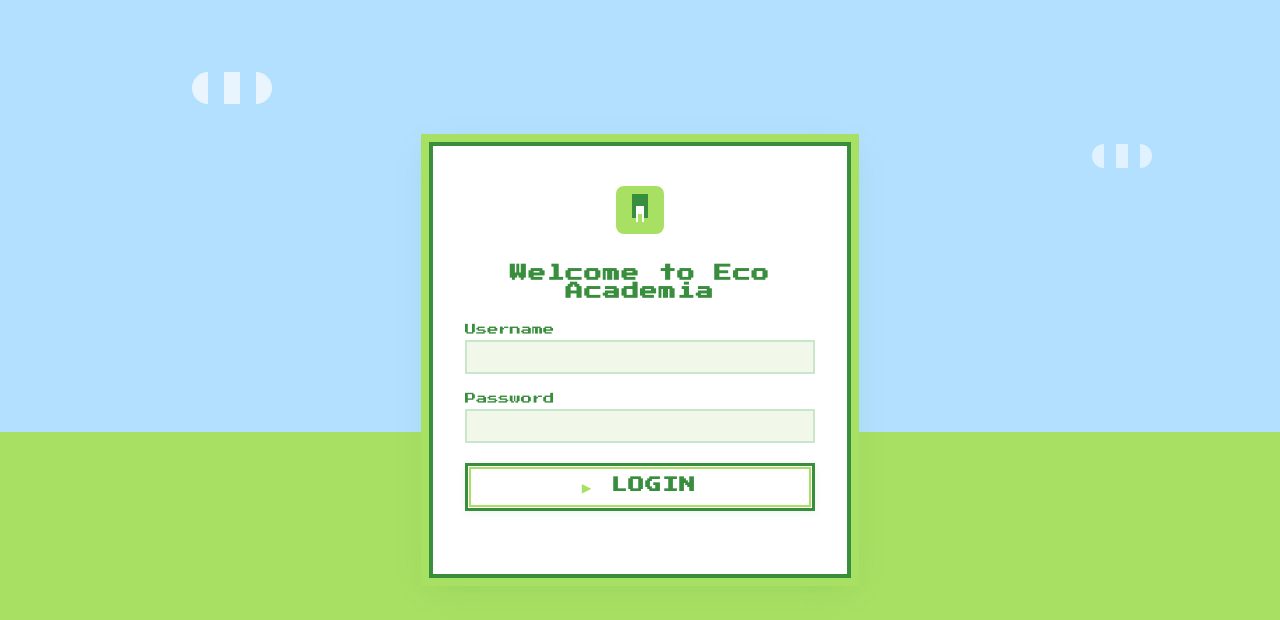
Repository: hotaruhshs/eco-academia
Page: login/index.html
These files come from the project's save history. The page is drawn as it stood at one moment and after the next save; the edit follows.
The browser window is 1280 px wide. The pictures show the whole page.

Above is the page before, as saved 2025-07-06 01:19:29.

After the next save:
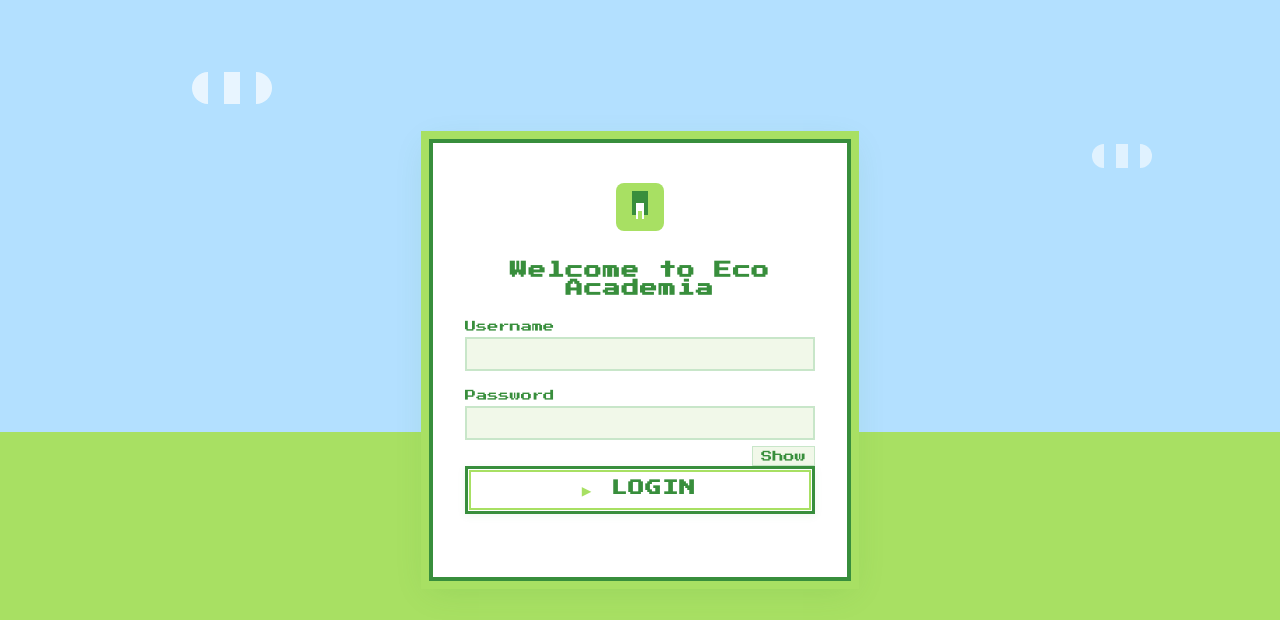
Saved 2 min 55 s later.
--- a/login/index.html
+++ b/login/index.html
@@ -30,6 +30,7 @@
           <div class="input-group">
             <label for="password">Password</label>
             <input type="password" id="password" name="password" required />
+            <button type="button" id="togglePassword" aria-label="Show password" style="margin-top:6px;font-size:0.7rem;padding:0.2rem 0.5rem;float:right;background:#f1f8e9;border:1.5px solid #c8e6c9;color:#388e3c;cursor:pointer;font-family:'Press Start 2P','Consolas',monospace;">Show</button>
           </div>
           <button type="submit">Login</button>
         </form>
